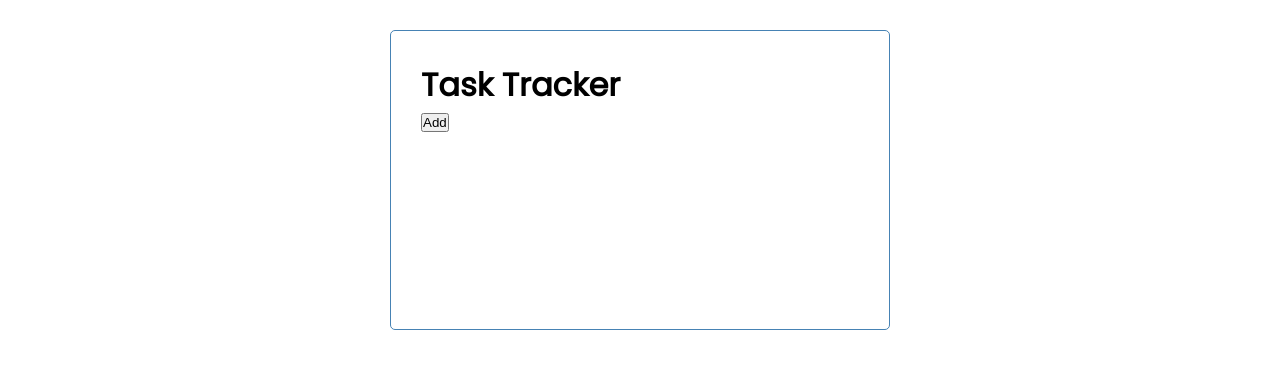
Repository: biggie-pti/task-tracker-react-app
Page: /
An editor plug-in stored every save of this project. The page is shown before and after a run of saves, followed by the edit.
The browser window is 1280 px wide. The pictures show the whole page.
The project was rebuilt for these pictures with package versions that can differ from the ones it lists, and the page was loaded fresh each time.

Above is the page before, as saved 2022-02-20 14:30:16.

### public/index.html
<!DOCTYPE html>
<html lang="en">
  <head>
    <meta charset="utf-8" />
    <link rel="icon" href="%PUBLIC_URL%/favicon.ico" />
    <meta name="viewport" content="width=device-width, initial-scale=1" />
    <meta name="theme-color" content="#000000" />
    <meta
      name="description"
      content="Web site created using create-react-app"
    />
    <link rel="apple-touch-icon" href="%PUBLIC_URL%/logo192.png" />

    <link rel="manifest" href="%PUBLIC_URL%/manifest.json" />

    <title>Task Tracker</title>
  </head>
  <body>
    <noscript>You need to enable JavaScript to run this app.</noscript>
    <div id="root"></div>

  </body>
</html>

### src/App.js
import Header from "./components/Header";
function App() {
  return (
    <div className="container">
    <Header />
    </div>
  );
}

export default App;

### src/components/Header.js
import PropTypes from 'prop-types'
const Header = ({title}) => {
  return (
    <header className='Header'>
        <h1>

        {title}
        </h1>
        <button className="">Add</button>

        </header>
  )
}
Header.defaultProps={
    title: 'Task Tracker',
}

Header.propTypes={
    title: PropTypes.string,
}

//CSS in JS
// const headingStyle={
//     color:'red',
//     backgroundColor:'black',
// }

export default Header

Loaded but not shown: src/index.js (common file); src/index.css (common file); src/reportWebVitals.js (common file)

After the next 3 saves:
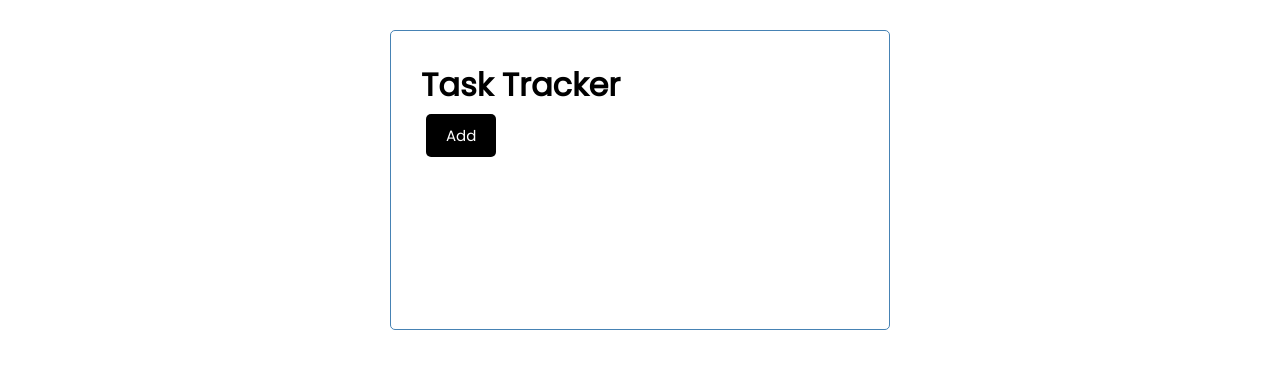
The 3 saves are shown as one change because they came seconds apart.
The last was saved 12 s later.
--- a/src/components/Header.js
+++ b/src/components/Header.js
@@ -6,7 +6,7 @@ const Header = ({title}) => {
 
         {title}
         </h1>
-        <button className="">Add</button>
+        <button className='btn'>Add</button>
 
         </header>
   )
